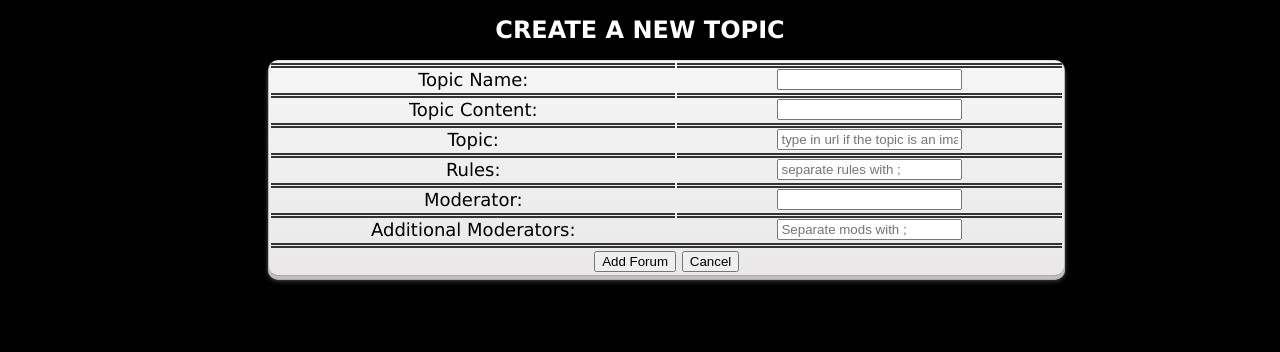
Repository: SuvakovSrdjan/WebForum
Page: http://localhost/Simple-web-forum/AddTopic.jsp
The author's editor kept a copy of each file at every save. The page is drawn from the files as they stood at one save, then again after the next save.
The browser window is 1280 px wide. The pictures show the whole page.
The page is served by Tomcat 9.

Above is the page before, as saved 2017-09-11 22:18:08.

After the next save:
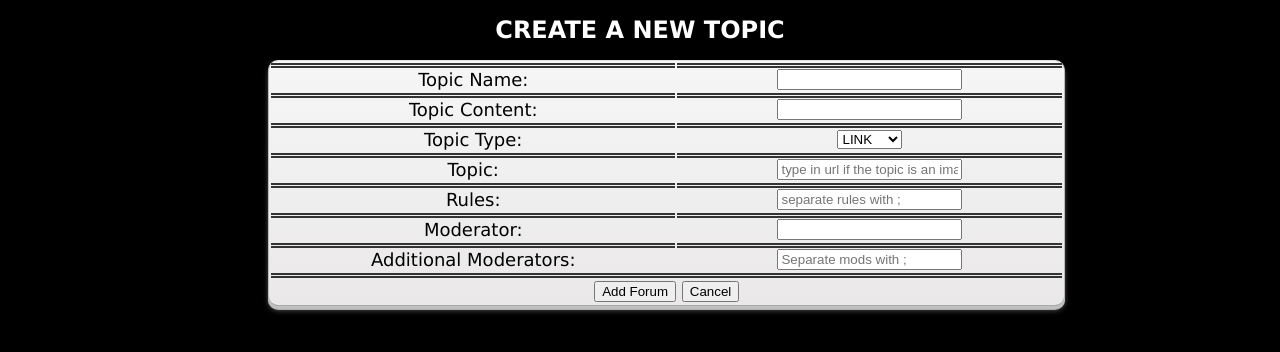
Saved 88 s later.
--- a/Simple-web-forum/WebContent/AddTopic.jsp
+++ b/Simple-web-forum/WebContent/AddTopic.jsp
@@ -21,8 +21,16 @@
 				<td><input height="30px" type="text" name="topicContent"></td>
 			</tr>
 			<tr>
+				<td>Topic Type:</td>
+				<td><select name="topicType">
+						<option value="0">LINK</option>
+						<option value="1">IMAGE</option>
+						<option value="2">TEXT</option>
+				</select></td>
+			</tr>
+			<tr>
 				<td>Topic:</td>
-				<td><input type="text" placeholder="type in url if the topic is an image or a site" name="icoUrl"></td>
+				<td><input type="text" placeholder="type in url if the topic is an image or a site" name="topicUrl"></td>
 			</tr>
 			<tr>
 				<td>Rules:</td>
